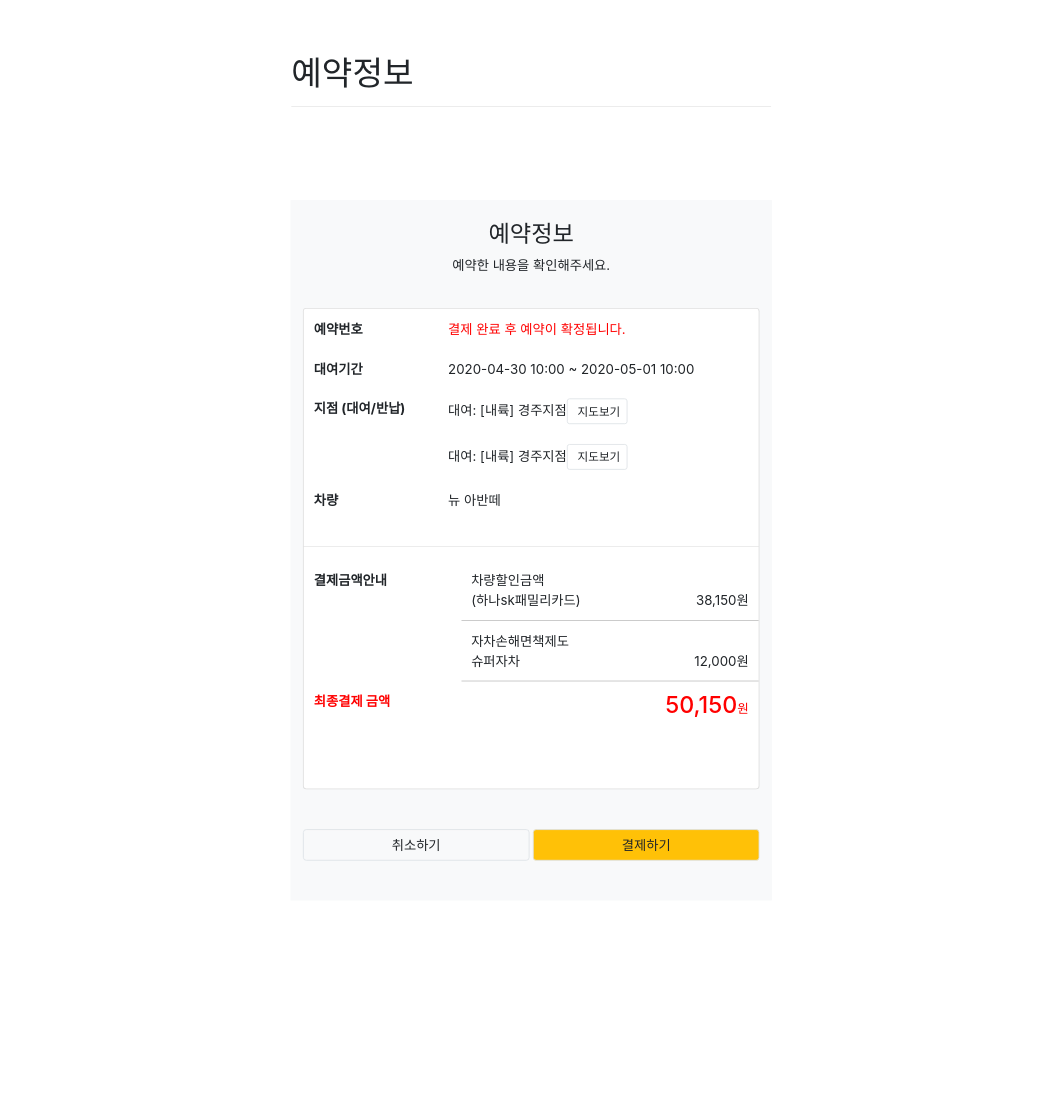
Repository: hyebinkim00/Project
Page: http://localhost/jsp/long_lent_oldcar/shortTerm_payment2.jsp
The author's editor kept a copy of each file at every save. The page is drawn from the files as they stood at one save, then again after the next save.
The browser window is 1280 px wide. The pictures show the whole page, at 83% of full size.
The page is served by Tomcat 9. Queries for data that is not in the repository find no rows.

Above is the page before, as saved 2020-09-16 02:54:52.

After the next save:
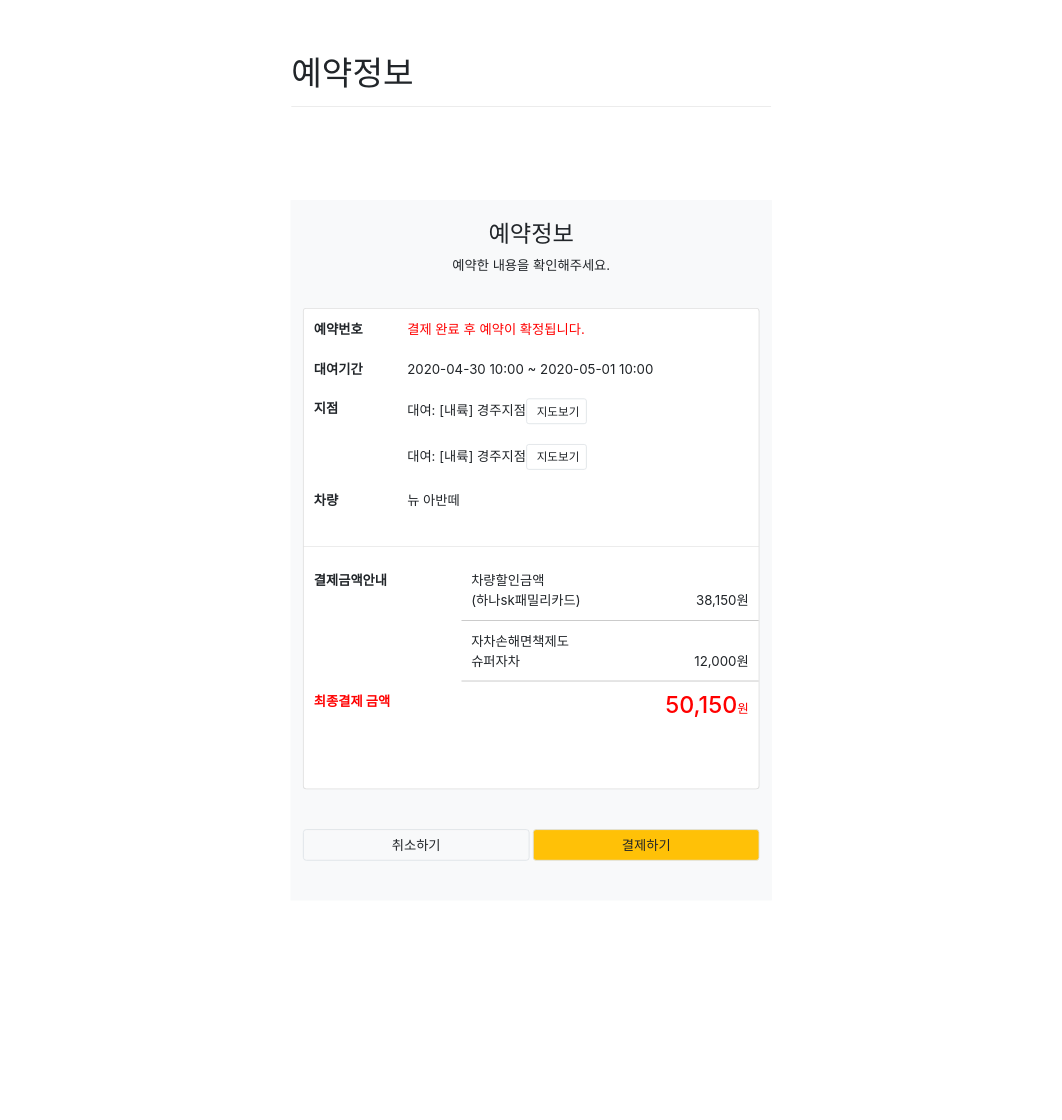
Saved 33 min 55 s later.
--- a/jsp/WebContent/long_lent_oldcar/shortTerm_payment2.jsp
+++ b/jsp/WebContent/long_lent_oldcar/shortTerm_payment2.jsp
@@ -1,5 +1,20 @@
+<%@page import="java.net.URLEncoder"%>
 <%@ page language="java" contentType="text/html; charset=UTF-8"
     pageEncoding="UTF-8"%>
+<%@taglib prefix="c" uri="http://java.sun.com/jsp/jstl/core" %>
+<%@taglib prefix="sql" uri="http://java.sun.com/jsp/jstl/sql"  %>
+
+
+<%request.setCharacterEncoding("utf-8");
+String id =request.getParameter("car");
+String price =request.getParameter("mprice");
+String lent1 =request.getParameter("cntrTermMm1");
+String lent2 =request.getParameter("cntrTermMm2");
+String lent3 =request.getParameter("cntrTermMm3");
+String lent4 =request.getParameter("cntrTermMm4");
+
+%>
+
 <!DOCTYPE html>
 <html>
 <head>
@@ -31,6 +46,20 @@
 </div>
 <br>
 <div class="card bg-white">
+ <sql:setDataSource var="dataSource"
+			url="jdbc:oracle:thin:@localhost:1521:XE"
+			driver="oracle.jdbc.driver.OracleDriver"
+			user="hr" password="hr"/>
+		<sql:update dataSource="${dataSource}" var="resultSet">
+	Insert into  lent(car_num,user_id,lent_term,insurance,lent_car,service,totalprice) values (?,'1',?,?,?,?,?)
+	<sql:param value="${param.car }" />
+	<sql:param value="${param.cntrTermMm1 }" />
+	<sql:param value="${param.cntrTermMm2 }" />
+	<sql:param value="${param.cntrTermMm3 }" />
+	<sql:param value="${param.cntrTermMm4 }" />
+	<sql:param value="${param.mprice }" />
+</sql:update>
+
   <table class="table table-borderless">
       <tr>
         <th>예약번호</th>
@@ -41,7 +70,7 @@
         <td>2020-04-30 10:00 ~ 2020-05-01 10:00</td>
       </tr>
       <tr>
-        <th rowspan="2">지점 (대여/반납)</th>
+        <th rowspan="2">지점 </th>
         <td>대여: [내륙] 경주지점<button class="btn btn-sm border">&nbsp;지도보기</button></td>
       </tr>
       <tr>
